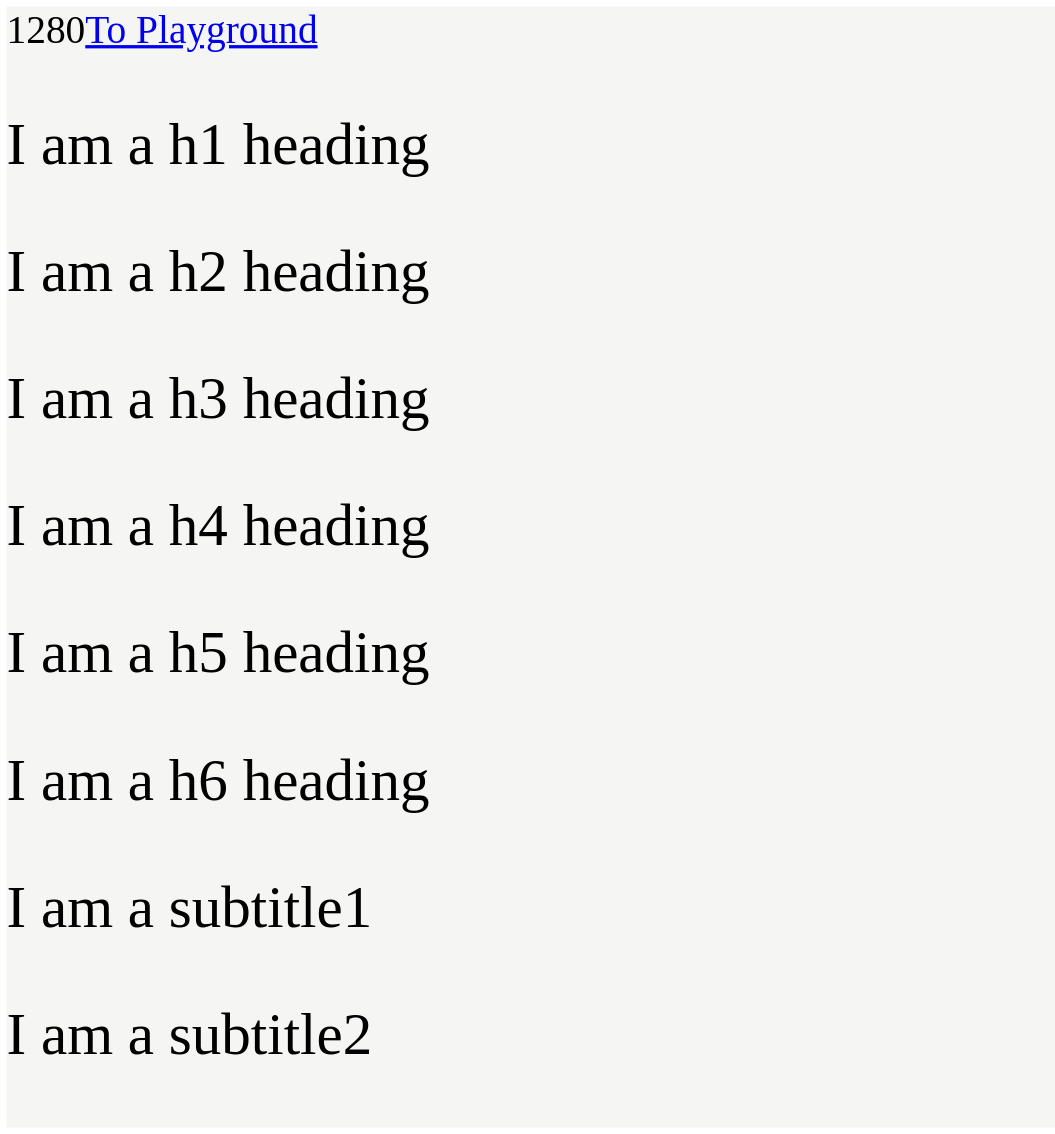
Repository: Terrycoco/coco-playground-starter
Page: /
The author's editor kept a copy of each file at every save. The page is drawn from the files as they stood at one save, then again after the next save.
The browser window is 1280 px wide. The page is 1287 px wide, so the pictures cover 1287 px, including what lies to the right of the window. The pictures show the whole page, at 82% of full size.
Some web fonts or font styles are not loaded; a fallback is used. The project was rebuilt for these pictures with package versions that can differ from the ones it lists, and the page was loaded fresh each time. The framework's server and built-in components were replaced by stand-ins that run in the browser. Also part of the build but not shown: next.config.js, src/dev/components/dropdowns/ColorDropdown.js, src/dev/components/dropdowns/FontDropdown.js, src/dev/components/dropdowns/Dropdown.js.

Above is the page before, as saved 2023-02-16 14:16:30.

After the next save:
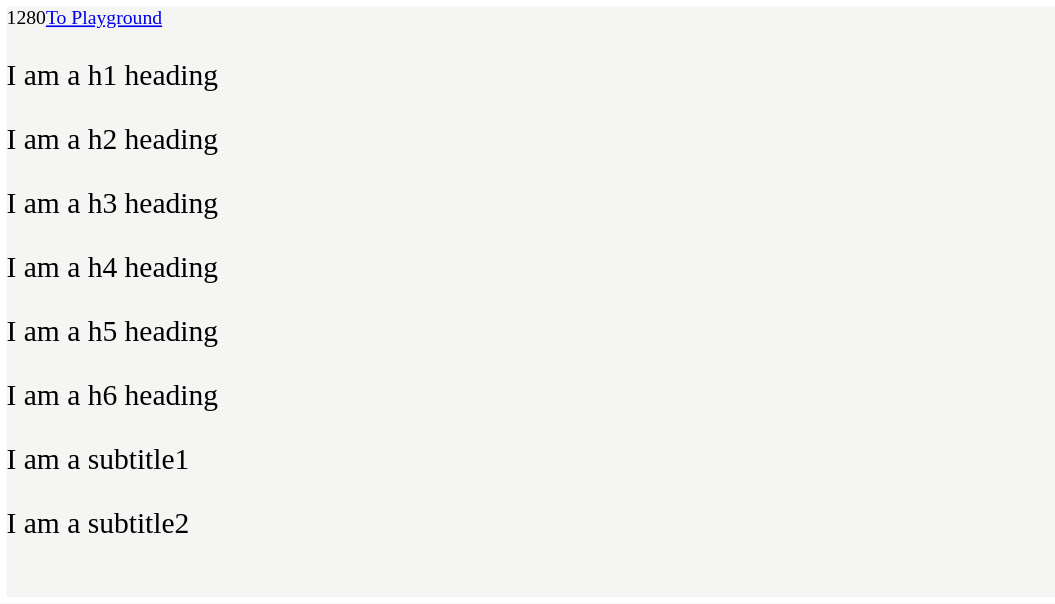
Saved 43 s later.
--- a/src/styles/globals.css
+++ b/src/styles/globals.css
@@ -1,5 +1,5 @@
 :root {
-  font-size: calc(2em * var(--text-multiplier, 1));
+  font-size: calc(1em * var(--text-multiplier, 1));
 }
 
 p {
